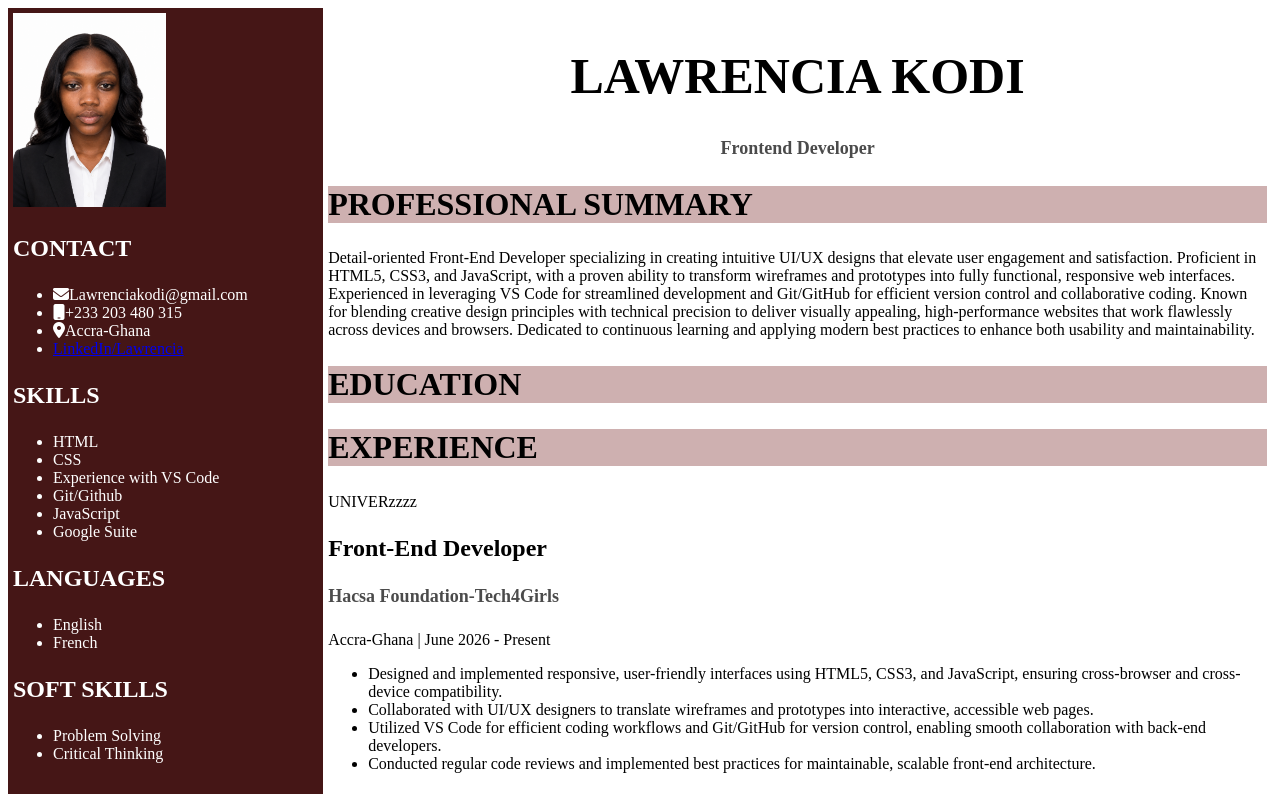
Repository: lawrencia-coder/T4G_CV
Page: index.html
The author's editor kept a copy of each file at every save. The page is drawn from the files as they stood at one save, then again after a run of saves.
The browser window is 1280 px wide. The pictures show the whole page.
Some icons come from a web library that is not loaded, so they are not drawn. Some web libraries are served in a nearby version.

Above is the page before, as saved 2026-07-15 08:03:16.

After the next 2 saves:
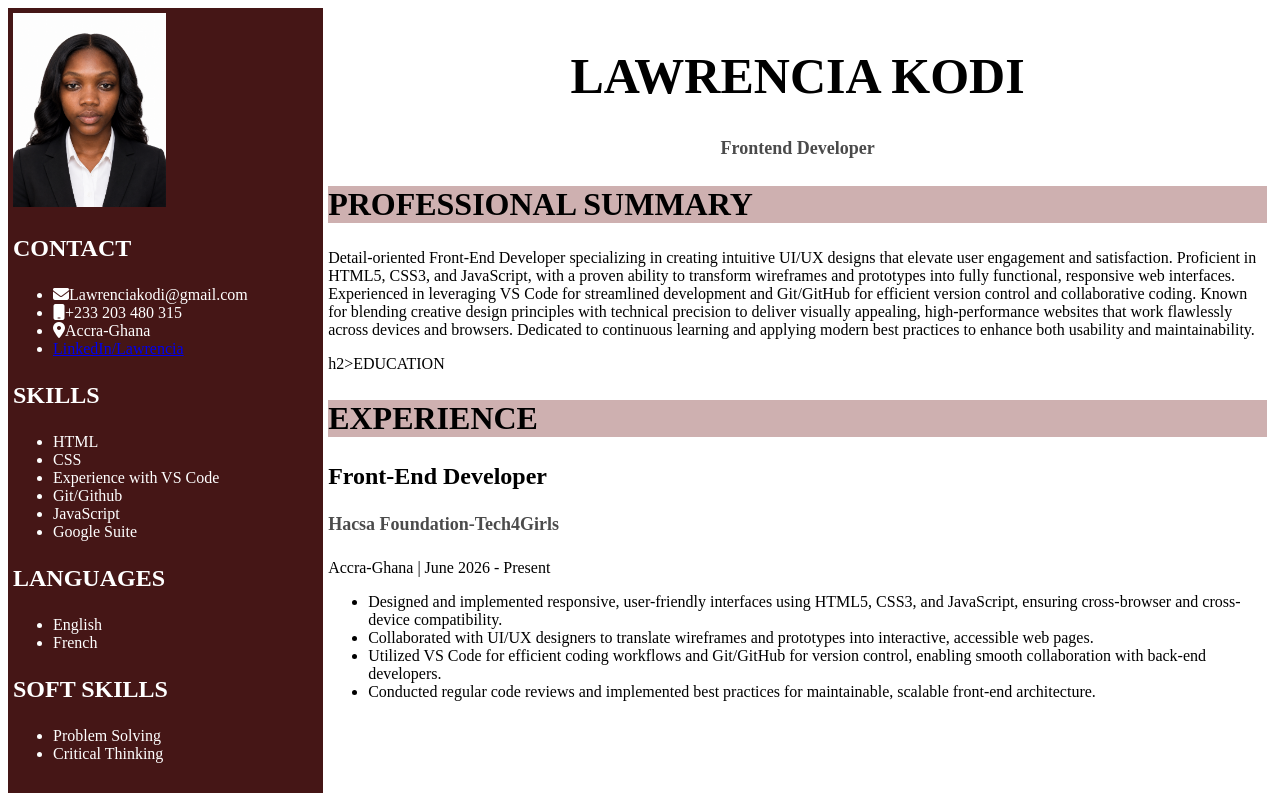
The 2 saves are shown as one change because they came seconds apart.
The last was saved 10 s later.
--- a/index.html
+++ b/index.html
@@ -61,10 +61,10 @@
                  Dedicated to continuous learning and applying modern best practices to enhance both usability and maintainability.
                 </p>
 
-                <h2>EDUCATION</h2>
+                h2>EDUCATION</h2>
 
                 <h2>EXPERIENCE</h2>
-                <p>UNIVERzzzz</p>
+                <p>
                     <h3>Front-End Developer</h3>
                     <h4>Hacsa Foundation-Tech4Girls </h4>
                     <p2>Accra-Ghana   |   June 2026 - Present</p2>
